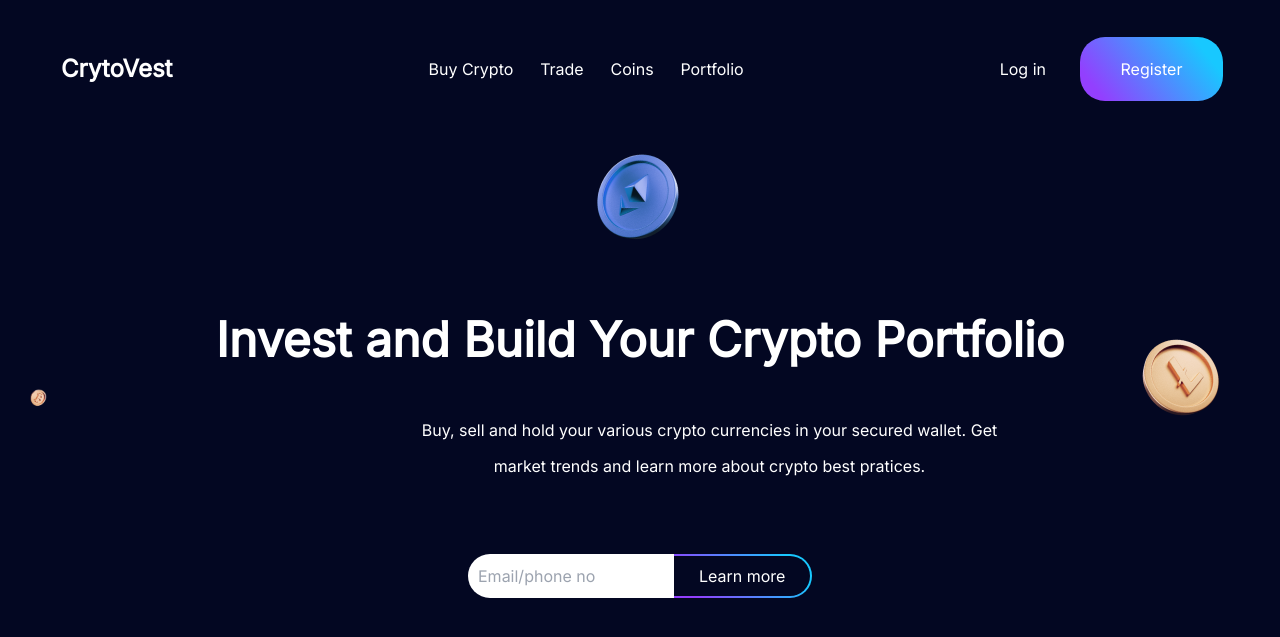
Repository: Eugene44-hub/cryptovest
Page: /
The author's editor kept a copy of each file at every save. The page is drawn from the files as they stood at one save, then again after the next save.
The browser window is 1280 px wide. The pictures show the whole page.
The project was rebuilt for these pictures with package versions that can differ from the ones it lists, and the page was loaded fresh each time. Also part of the build but not shown: vite.config.ts.

Above is the page before, as saved 2022-07-15 23:34:20.

After the next save:
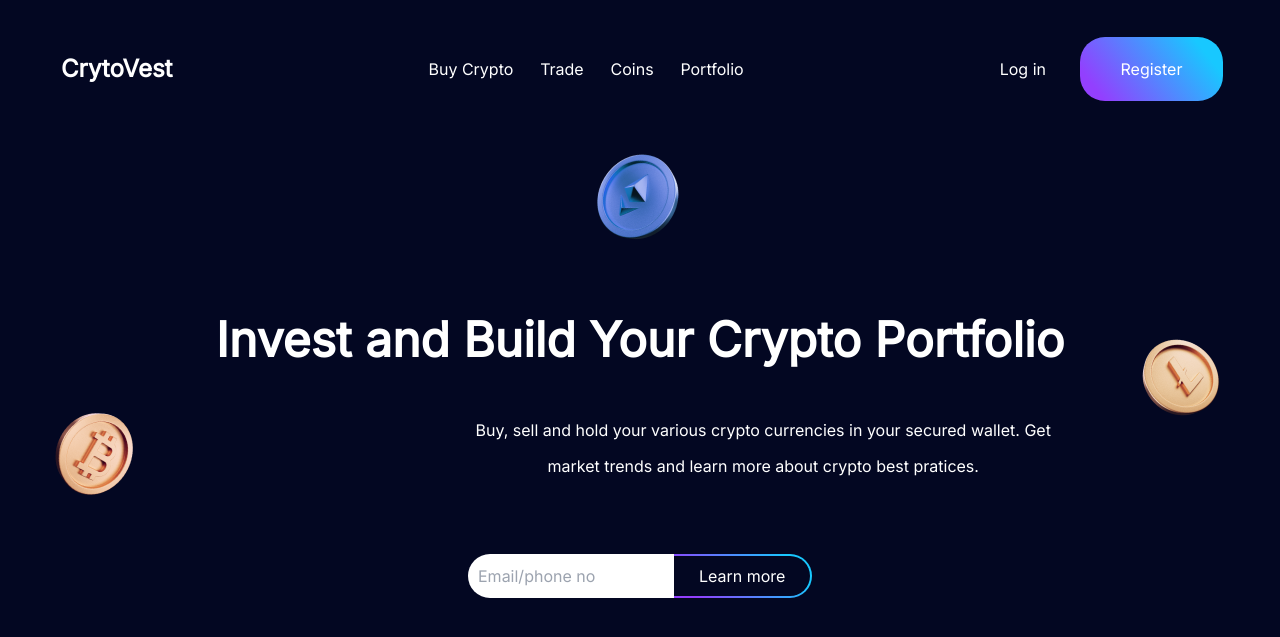
Saved 61 s later.
--- a/src/components/hero/Hero.tsx
+++ b/src/components/hero/Hero.tsx
@@ -33,8 +33,8 @@
           </div>
           </div>
 
-          <figure>
-            <img src={bitcoin} className="w-[20%] mt-[8px]" alt="bitcoin" />
+          <figure className='w-[20%] '>
+            <img src={bitcoin} className="mt-[8px]" alt="bitcoin" />
           </figure>
 
           <div className='text-center w-[90%] lg:mt-[36px] md:mt-[70px] mb-[67px] md:max-w-[626px] mt-[11px] mt-[] leading-[36px] m-auto'>
